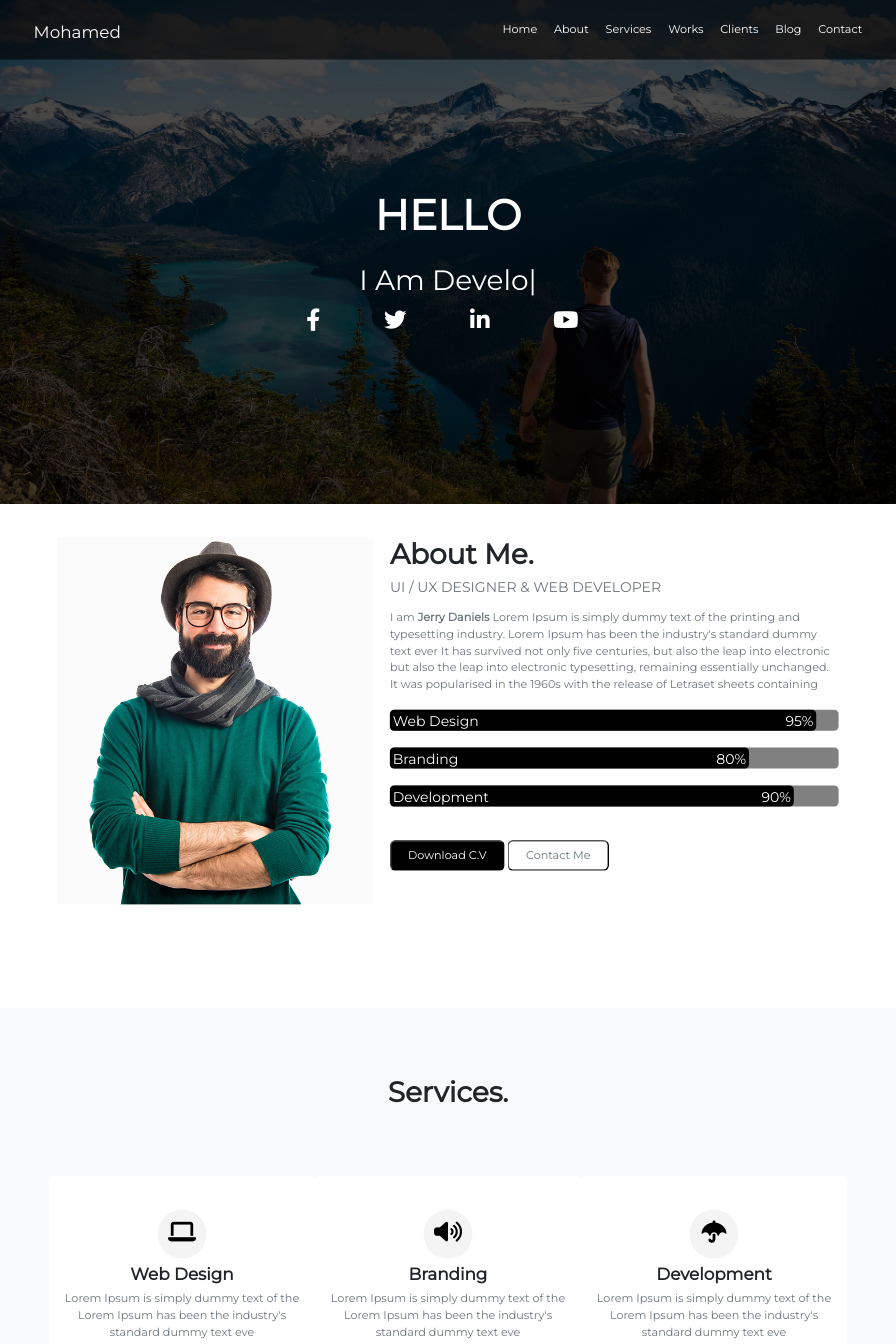
Repository: Souldeer0020/daniels-portofolio
Page: index.html
An editor plug-in stored every save of this project. The page is shown before and after the next save, followed by the edit.
The browser window is 1280 px wide. The pictures show the part of the page from y = 0 to 1920 px (the page is 5468 px tall), at 70% of full size.

Above is the page before, as saved 2025-12-27 21:08:27.

After the next save:
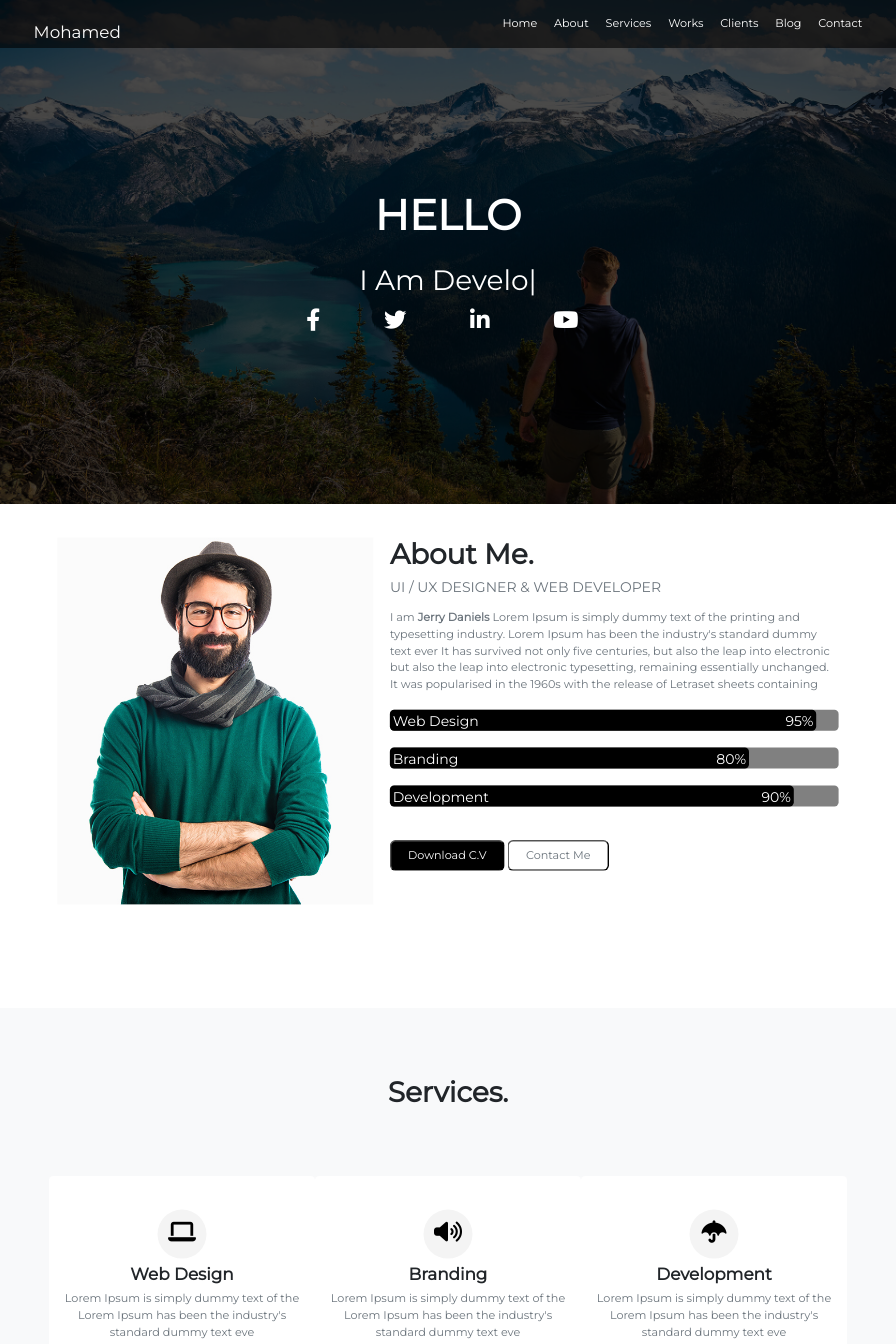
Saved 9 s later.
--- a/index.html
+++ b/index.html
@@ -9,7 +9,7 @@
     <header class="vh-100 w-100 " id="home">
         <div class="layout vh-100 w-100 d-flex justify-content-center align-items-center position-relative">
             <nav class="position-fixed pt-md-3 top-0 start-0 end-0 d-flex align-items-center justify-content-between">
-                <a href="#home"><h1 class="px-md-5 pt-md-3 mb-4">Mohamed</h1></a>
+                <a href="#home"><h1 class="px-md-5 pt-md-3 ">Mohamed</h1></a>
                 <ul class="d-flex align-items-center pe-md-4">
                     <li class="pe-md-4 "><a href="#home">Home</a></li>
 

After the save that followed:
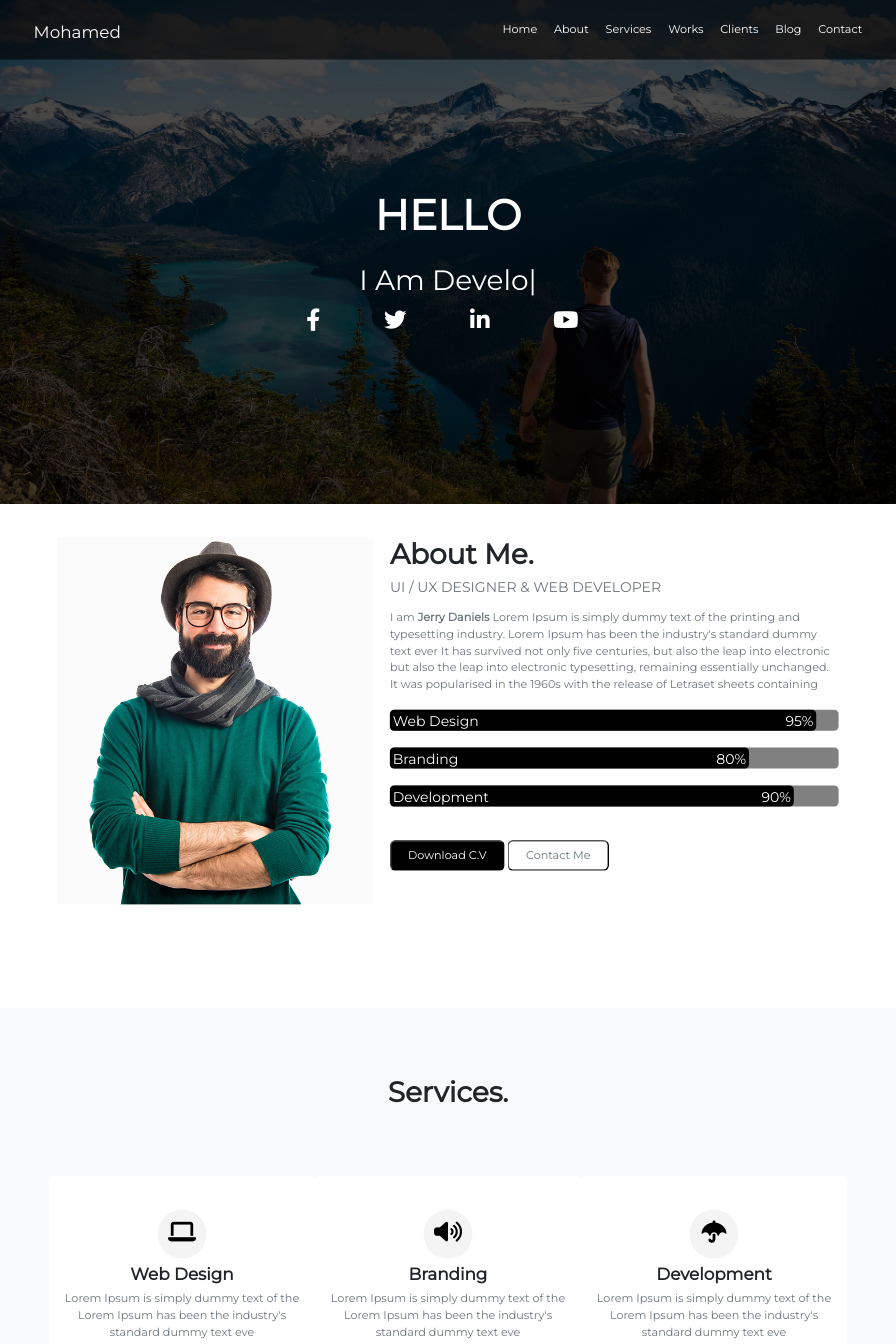
Saved 6 s later.
--- a/index.html
+++ b/index.html
@@ -9,7 +9,7 @@
     <header class="vh-100 w-100 " id="home">
         <div class="layout vh-100 w-100 d-flex justify-content-center align-items-center position-relative">
             <nav class="position-fixed pt-md-3 top-0 start-0 end-0 d-flex align-items-center justify-content-between">
-                <a href="#home"><h1 class="px-md-5 pt-md-3 ">Mohamed</h1></a>
+                <a href="#home"><h1 class="px-md-5 pt-md-3 mb-4">Mohamed</h1></a>
                 <ul class="d-flex align-items-center pe-md-4">
                     <li class="pe-md-4 "><a href="#home">Home</a></li>
 
